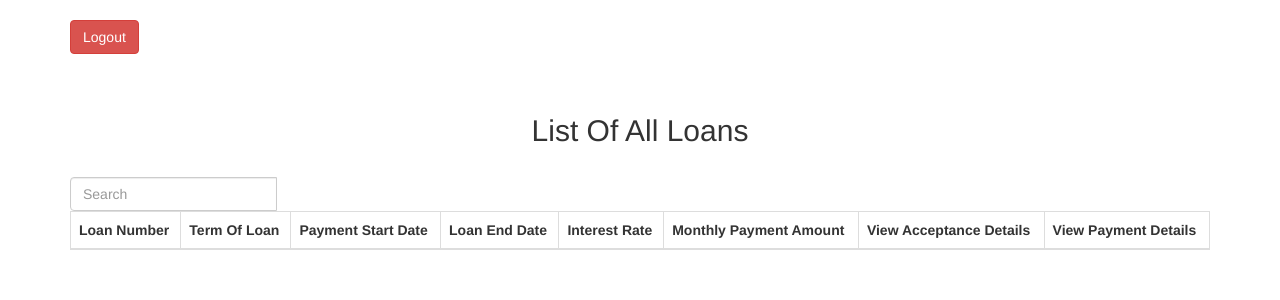
Repository: Bayvao/E-Loan-Project
Page: http://localhost/E-Loan-Project/WEB-INF/views/loan-list.jsp
An editor plug-in stored every save of this project. The page is shown before and after the next save, followed by the edit.
The browser window is 1280 px wide. The pictures show the whole page.
The page is served by Tomcat 9. Nobody is signed in. The template is opened directly, without the code that normally fills it, so the values that code supplies are empty.

Above is the page before, as saved 2020-07-25 12:49:14.

After the next save:
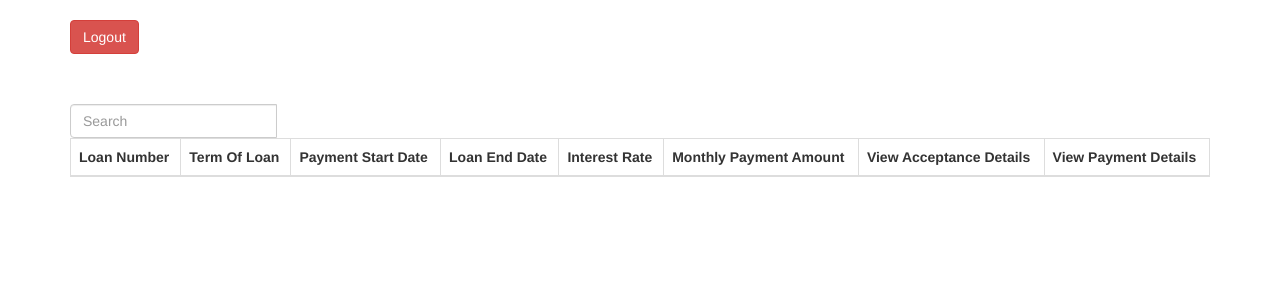
Saved 31 s later.
--- a/E-Loan-Project/src/main/webapp/WEB-INF/views/loan-list.jsp
+++ b/E-Loan-Project/src/main/webapp/WEB-INF/views/loan-list.jsp
@@ -54,10 +54,7 @@
 			</security:authorize>
 
 			<br />
-		<div>
-			<h2>List Of All Loans</h2>
-		</div>
-		<br />
+
 
 		<div class="input-group md-form form-sm form-2 pl-0">
 			<input class="form-control my-0 py-1 red-border" type="text"

After the save that followed:
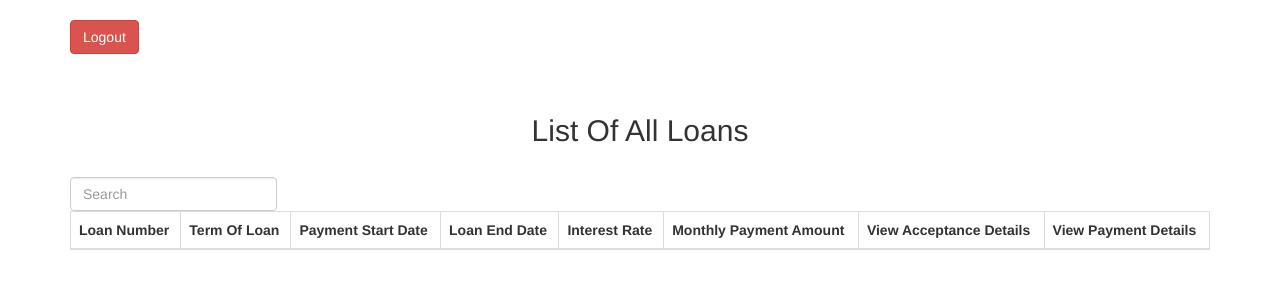
Saved 10 s later.
--- a/E-Loan-Project/src/main/webapp/WEB-INF/views/loan-list.jsp
+++ b/E-Loan-Project/src/main/webapp/WEB-INF/views/loan-list.jsp
@@ -54,16 +54,16 @@
 			</security:authorize>
 
 			<br />
+		<div>
+			<h2>List Of All Loans</h2>
+		</div>
+		<br />
 
-
-		<div class="input-group md-form form-sm form-2 pl-0">
-			<input class="form-control my-0 py-1 red-border" type="text"
+		<form class="form-inline">
+			<i class="fas fa-search" aria-hidden="true"></i> <input
+				class="form-control form-control-sm ml-3 w-75" type="text"
 				placeholder="Search" aria-label="Search">
-			<div class="input-group-append">
-				<span class="input-group-text red lighten-3" id="basic-text1"><i
-					class="fas fa-search text-grey" aria-hidden="true"></i></span>
-			</div>
-		</div>
+		</form>
 
 		<table class="table table-bordered table-hover">
 			<thead>
